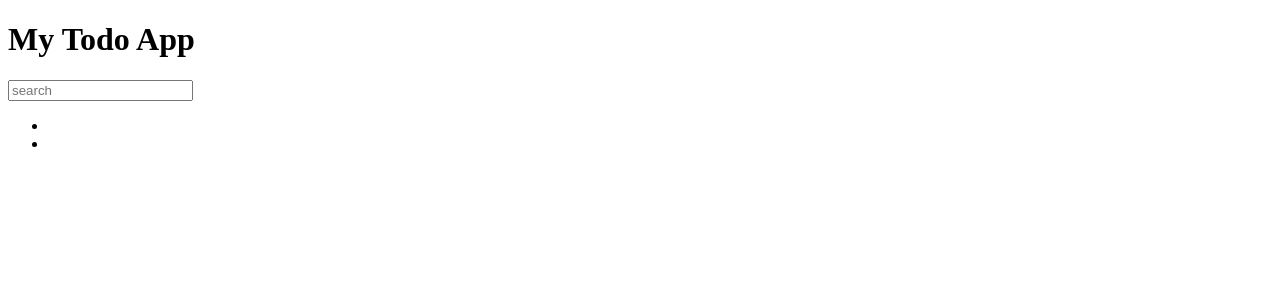
Repository: max535/react-todo-list
Page: /
An editor plug-in stored every save of this project. The page is shown before and after a run of saves, followed by the edit.
The browser window is 1280 px wide. The pictures show the whole page.
The project was rebuilt for these pictures with package versions that can differ from the ones it lists, and the page was loaded fresh each time.

Above is the page before, as saved 2022-01-15 22:27:35.

After the next 4 saves:
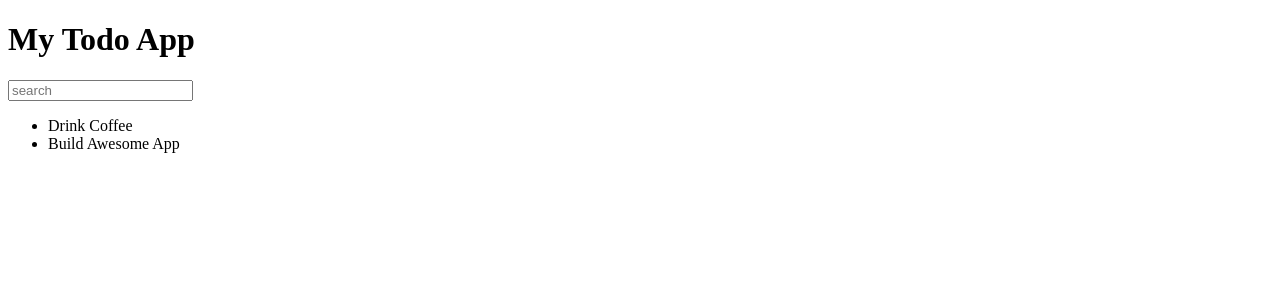
The 4 saves are shown as one change because 3 did not build or start.
The last was saved 82 s later.
--- a/src/components/TodoList.jsx
+++ b/src/components/TodoList.jsx
@@ -2,17 +2,17 @@ import React from 'react';
 
 import { TodoListItem } from './TodoListItem';
 
-export const TodoList = (props) => {
+export const TodoList = ({todos}) => {
     return (
         <ul>
             <li>
                 <TodoListItem
-                    label={props.todoData}
+                    label={todos[0].label}
                 />
             </li>
             <li>
                 <TodoListItem
-
+                    label={todos[1].label}
                 />
                 </li>
         </ul>
